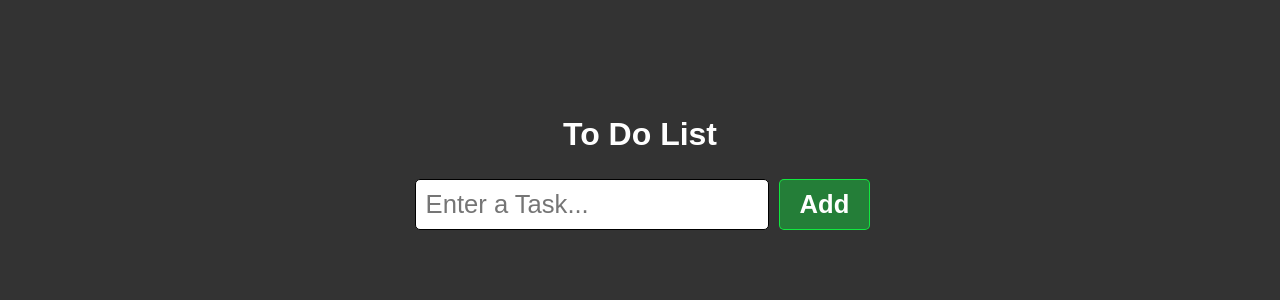
Repository: SakthivelDurai47/To-do-app
Page: /
The author's editor kept a copy of each file at every save. The page is drawn from the files as they stood at one save, then again after a run of saves.
The browser window is 1280 px wide. The pictures show the whole page.
The project was rebuilt for these pictures with package versions that can differ from the ones it lists, and the page was loaded fresh each time. Also part of the build but not shown: vite.config.js.

Above is the page before, as saved 2025-05-10 08:21:22.

### src/App.jsx
import "./styles.css"
import ToDoList from "./ToDoList"

export default function App(){
 return (
  <>
  <ToDoList></ToDoList>
  </>
 )

}

### src/styles.css
* {
  font-family: Arial, Helvetica, sans-serif;
  box-sizing: border-box;
}

body {
  background-color: #333;
  color: #333;
  padding: 1rem;
  margin: 0 auto;
}

.to-do-list {
  text-align: center;
  margin-top: 100px;
}

button {
  font-weight: bold;
  padding: 10px 20px;
  color: white;
  border: none;
  border-radius: 5px;
  cursor: pointer;
  transition: background-color 0.5s ease;
}

.add-button {
  font-size: 1.6rem;
  margin-left: 5px;
  background-color: rgba(17, 240, 65, 0.4);
  border: 1px solid rgba(17, 240, 65, 0.95);
}

.add-button:hover {
  background-color: rgb(0, 175, 82);
}
.delete-button {
  background-color: rgba(236, 2, 2, 0.4);
  border: 1px solid rgba(236, 2, 2, 0.95);
}

.delete-button:hover {
  background-color: rgba(188, 2, 2, 0.874);
}

.move-button {
  background-color: rgba(0, 0, 219, 0.4);
  border: 1px solid rgba(0, 0, 219, 0.96);
}
.move-button:hover {
  background-color: rgb(0, 0, 166);
}

input[type="text"] {
  font-size: 1.6rem;
  padding: 10px;
  border: 1px solid black;
  border-radius: 5px;
  color: black;
  margin: 5px;
}

ol {
  padding: 0;
  max-width: 800px;
  margin: 40px auto;
}
li {
  font-size: 1.4rem;
  font-weight: bold;
  padding: 10px;
  color: white;
  margin-bottom: 10px;
  border: 1px solid white;
  border-radius: 5px;
  display: flex;
  align-items: center;
}
.text {
  flex: 1;
  display: flex;
  justify-content: flex-start;
  padding-left: 20px;
}

.delete-button,
.move-button {
  padding: 8px 12px;
  font-size: 1.1rem;
  margin-left: 10px;
}
h1 {
  color: white;
}

### src/ToDoList.jsx
import React, {useState} from "react";

function ToDoList(){

    const [tasks, setTasks]=useState([]);
    const [newTask, setNewTask]= useState("");

    function handleInputChange(event){
        setNewTask(event.target.value);
    }
    function addTask(){
        if(newTask.trim()!==""){
            setTasks(t=>[...t, newTask]);
            setNewTask("");
        }
    }
    function deleteTask(index){
        const updatedTasks = tasks.filter((_, i)=> i!== index);
        setTasks(updatedTasks);
    }
    function moveUp(index){
        if(index >0){
            const updatedTasks =[...tasks];
            [updatedTasks[index], updatedTasks[index-1]]=
            [updatedTasks[index-1], updatedTasks[index]];
            setTasks(updatedTasks);
        }
    }
    function moveDown(index){
        if(index < tasks.length-1){
            const updatedTasks =[...tasks];
            [updatedTasks[index], updatedTasks[index+1]]=
            [updatedTasks[index+1], updatedTasks[index]]
            setTasks(updatedTasks);
        }
    }
    return (

        <div className="to-do-list">
            <h1>To Do List</h1>
            <div>
                <input type="text" placeholder="Enter a Task..." value={newTask}
                onChange={handleInputChange} />
                <button className="add-button" onClick={addTask}>Add</button>
            </div>
            <ol>
                {tasks.map((task, index)=>
                <li key={index}><span className="text">{task}</span>

                <button className="move-button" onClick={()=>(moveUp(index))}>⬆️</button>
                <button className="move-button" onClick={()=>(moveDown(index))}>⬇️</button>
                <button className="delete-button" onClick={()=>(deleteTask(index))}>X</button></li>
                )}
            </ol>
        </div>
    )
}

export default ToDoList

Loaded but not shown: index.html (common file); src/main.jsx (common file)

After the next 2 saves:
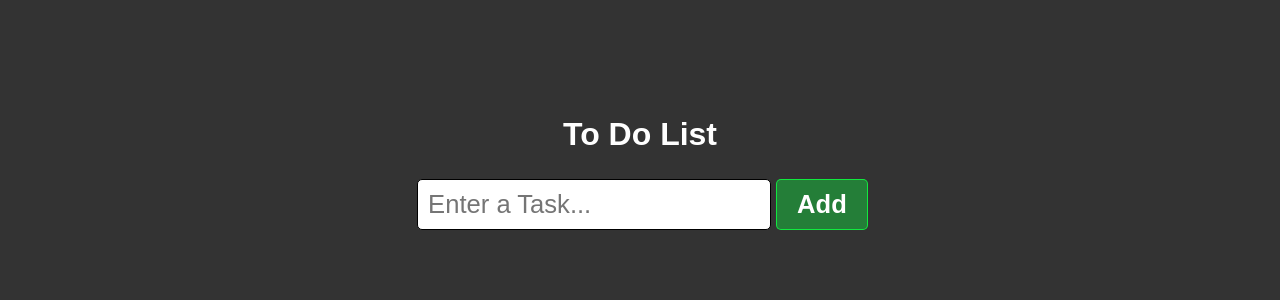
The 2 saves are shown as one change because they came seconds apart.
The last was saved 11 s later.
--- a/src/styles.css
+++ b/src/styles.css
@@ -27,7 +27,6 @@ button {
 
 .add-button {
   font-size: 1.6rem;
-  margin-left: 5px;
   background-color: rgba(17, 240, 65, 0.4);
   border: 1px solid rgba(17, 240, 65, 0.95);
 }
